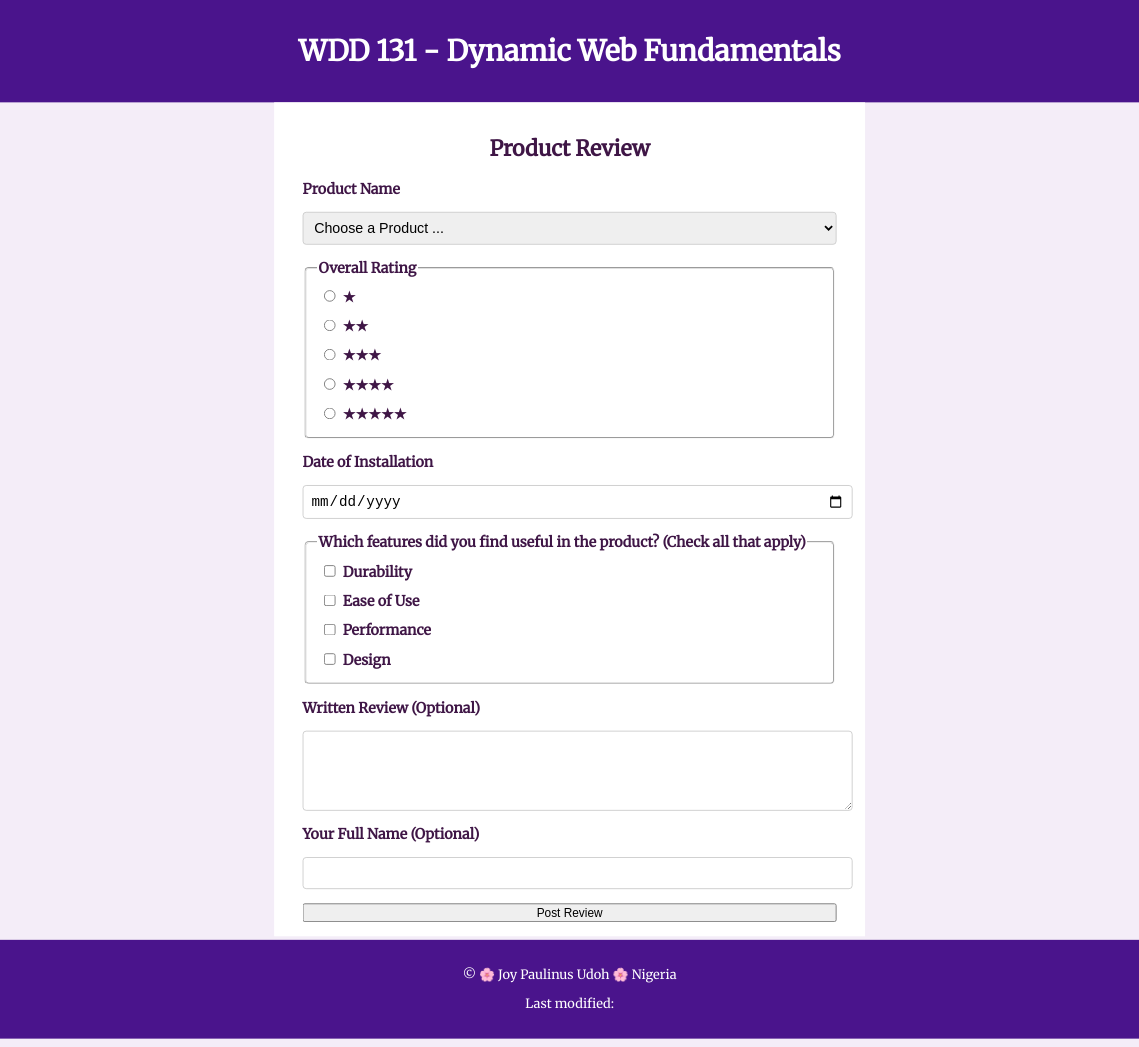
Repository: JoyUdoh106/wdd131
Page: form.html
These files come from the project's save history. The page is drawn as it stood at one moment and after the next save; the edit follows.
The browser window is 1280 px wide. The pictures show the whole page, at 89% of full size.

Above is the page before, as saved 2025-08-09 17:33:51.

After the next save:
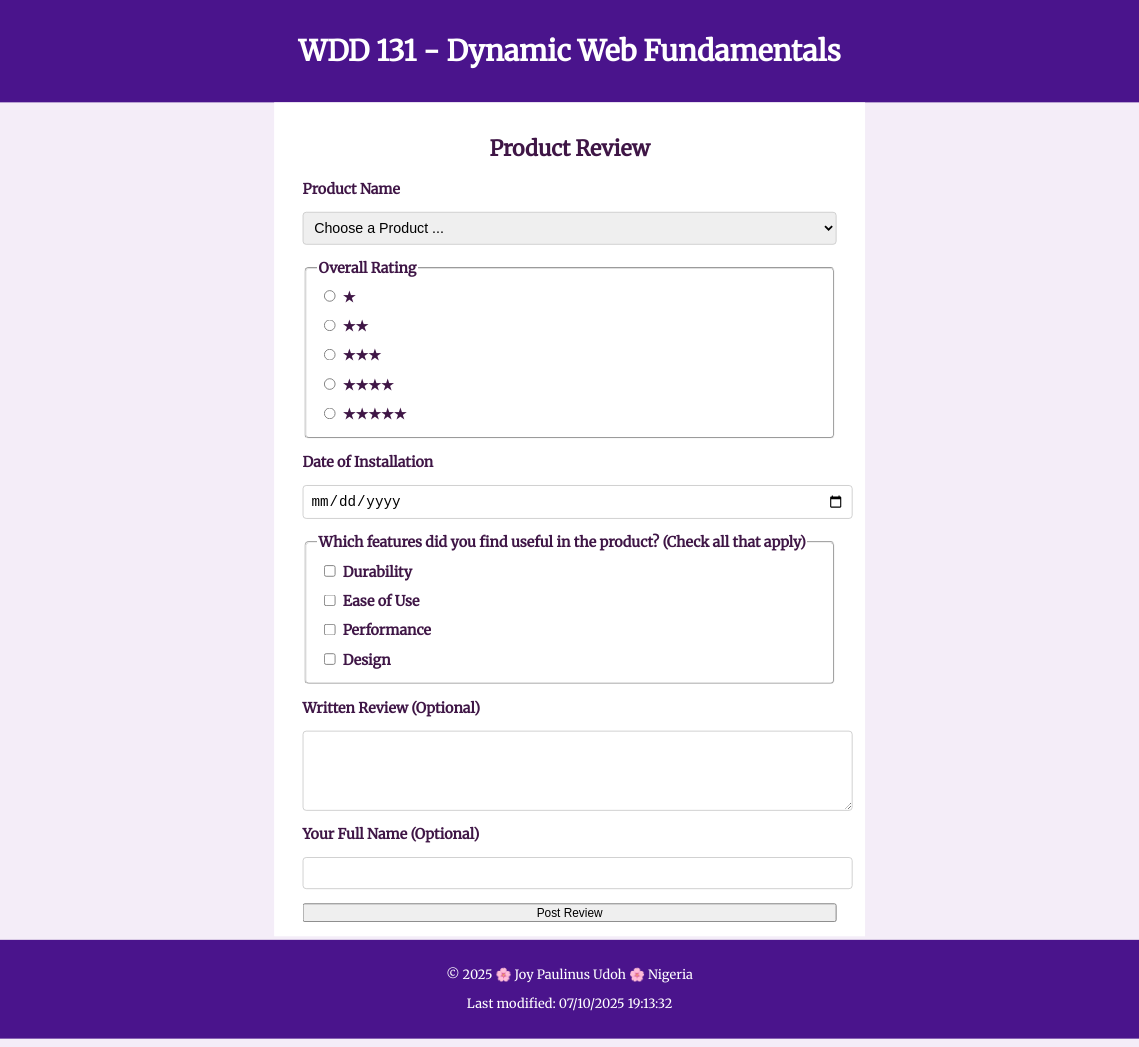
Saved 91 s later.
--- a/scripts/form.js
+++ b/scripts/form.js
@@ -24,4 +24,6 @@ document.addEventListener("DOMContentLoaded", () => {
     localStorage.setItem("reviewCount", reviewCount);
   });
 
+  document.getElementById("year").textContent = new Date().getFullYear();
+document.getElementById("last-modified").textContent = document.lastModified;
 });
